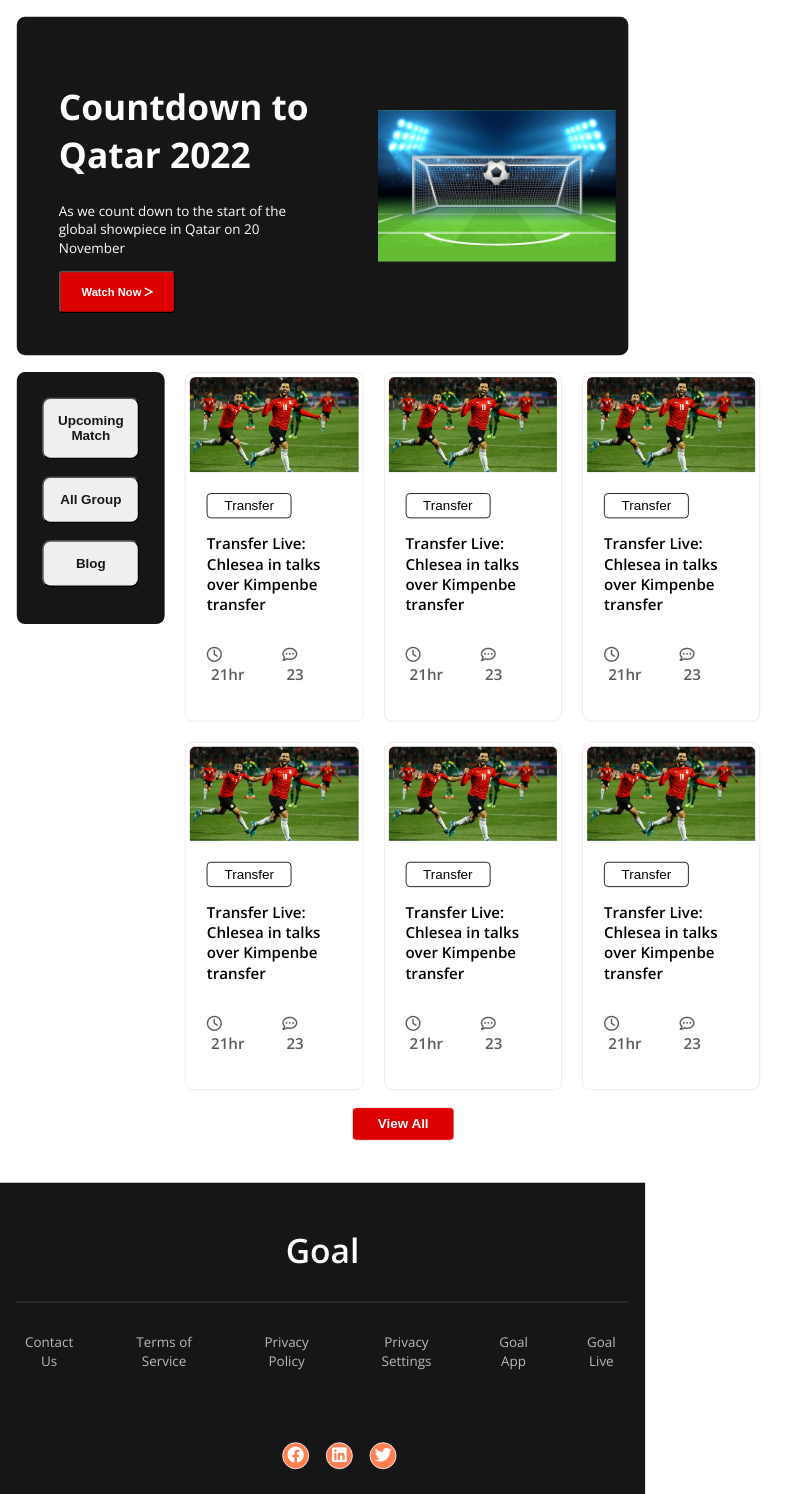
Repository: zjria/Qatar-world-cup
Page: index.html
An editor plug-in stored every save of this project. The page is shown before and after the next save, followed by the edit.
The browser window is 768 px wide. The page is 960 px wide, so the pictures cover 960 px, including what lies to the right of the window. The pictures show the whole page, at 84% of full size.

Above is the page before, as saved 2022-09-11 19:17:31.

After the next save:
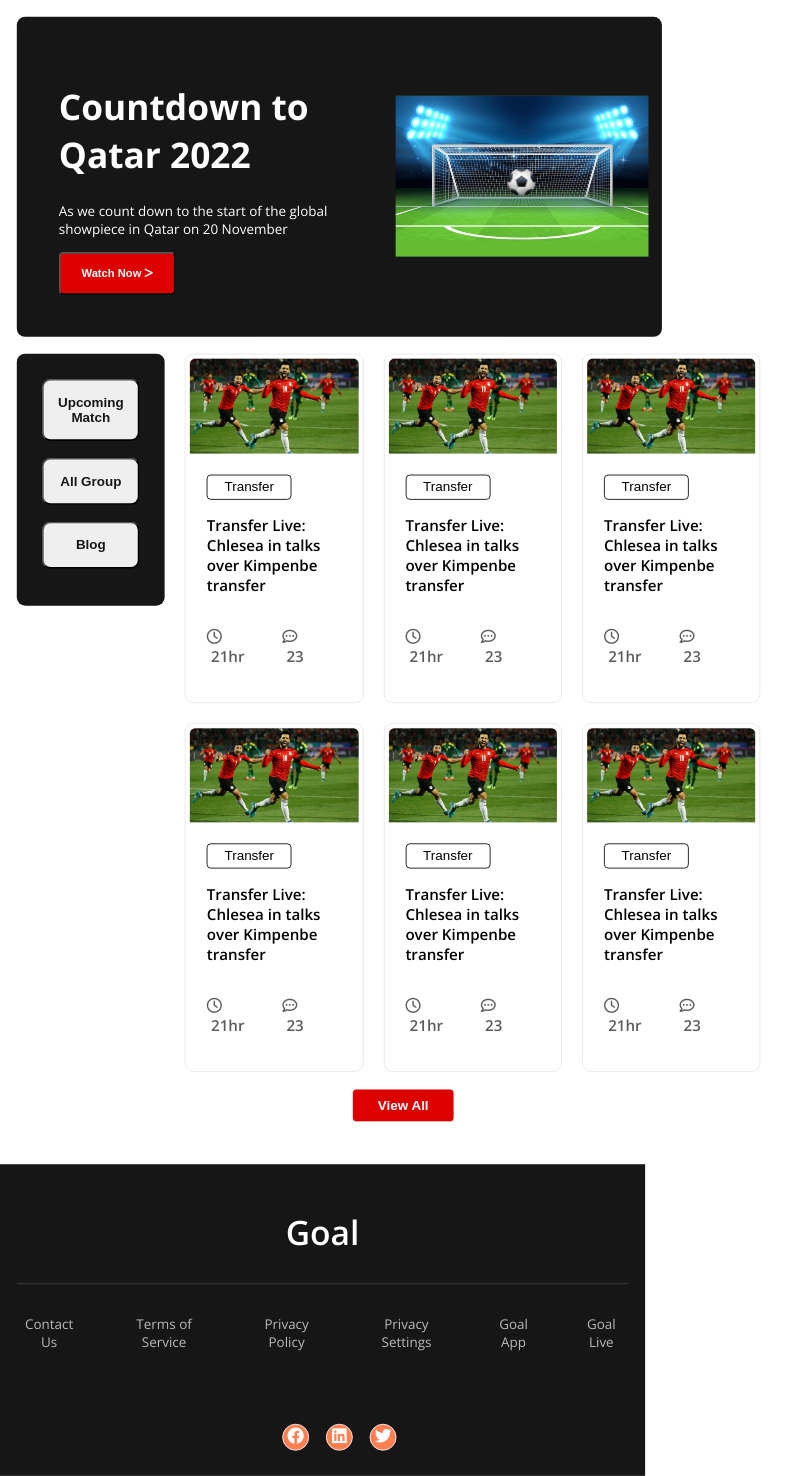
Saved 4 min 9 s later.
--- a/style.css
+++ b/style.css
@@ -380,7 +380,14 @@
 /* Tablets Responsive Style */
 @media only screen and (min-width: 689px) and (max-width: 992px) {
 
-
+    .header-container {
+        display: flex;
+        border-radius: 10px;
+        margin-bottom: 130px;
+        margin: 20px;
+        background: #161616;
+        width: 100%;
+    }
 
     .view-all {
         display: flex;

After the save that followed:
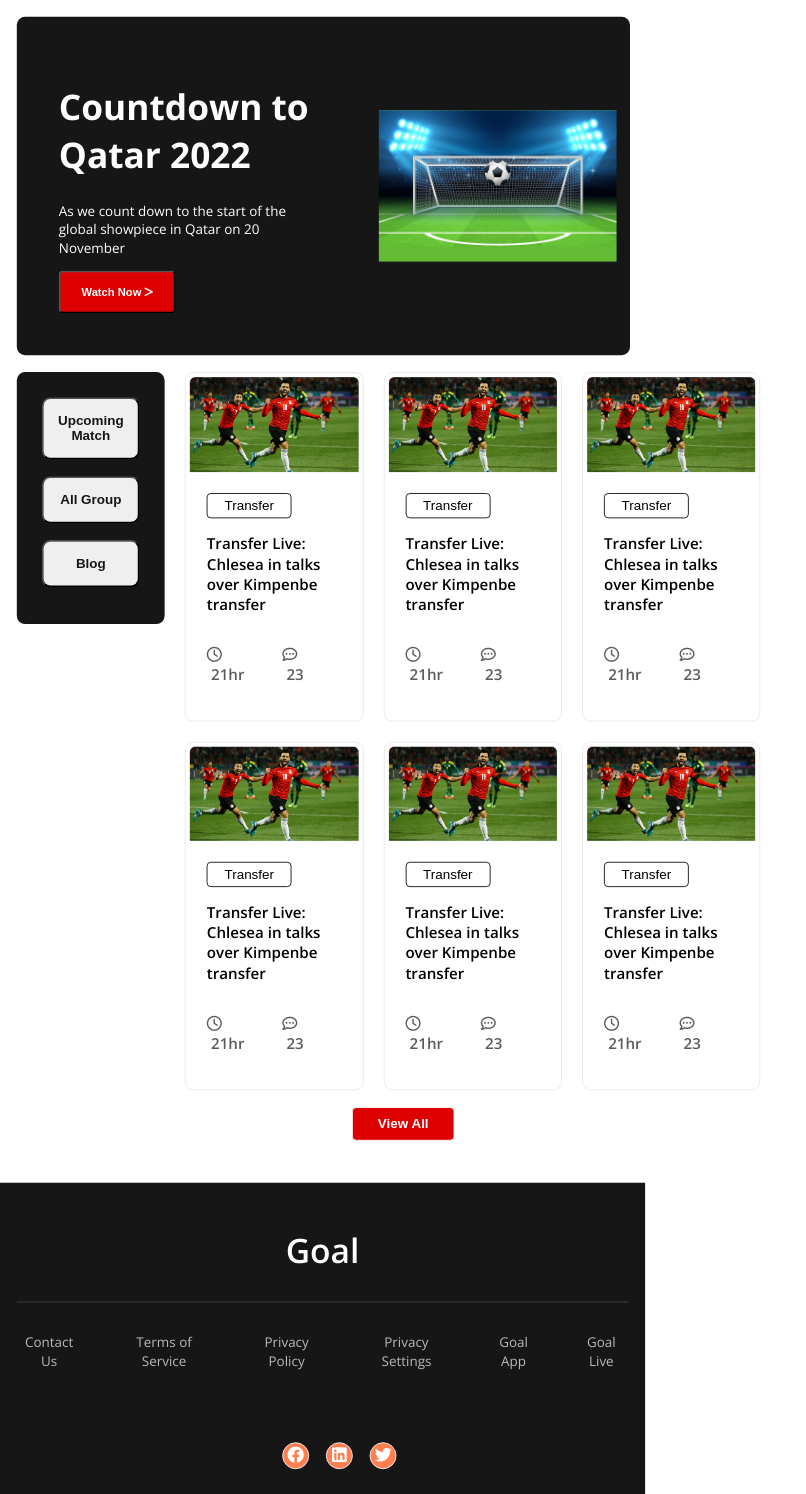
Saved 17 s later.
--- a/style.css
+++ b/style.css
@@ -386,7 +386,7 @@
         margin-bottom: 130px;
         margin: 20px;
         background: #161616;
-        width: 100%;
+        width: 95%;
     }
 
     .view-all {
